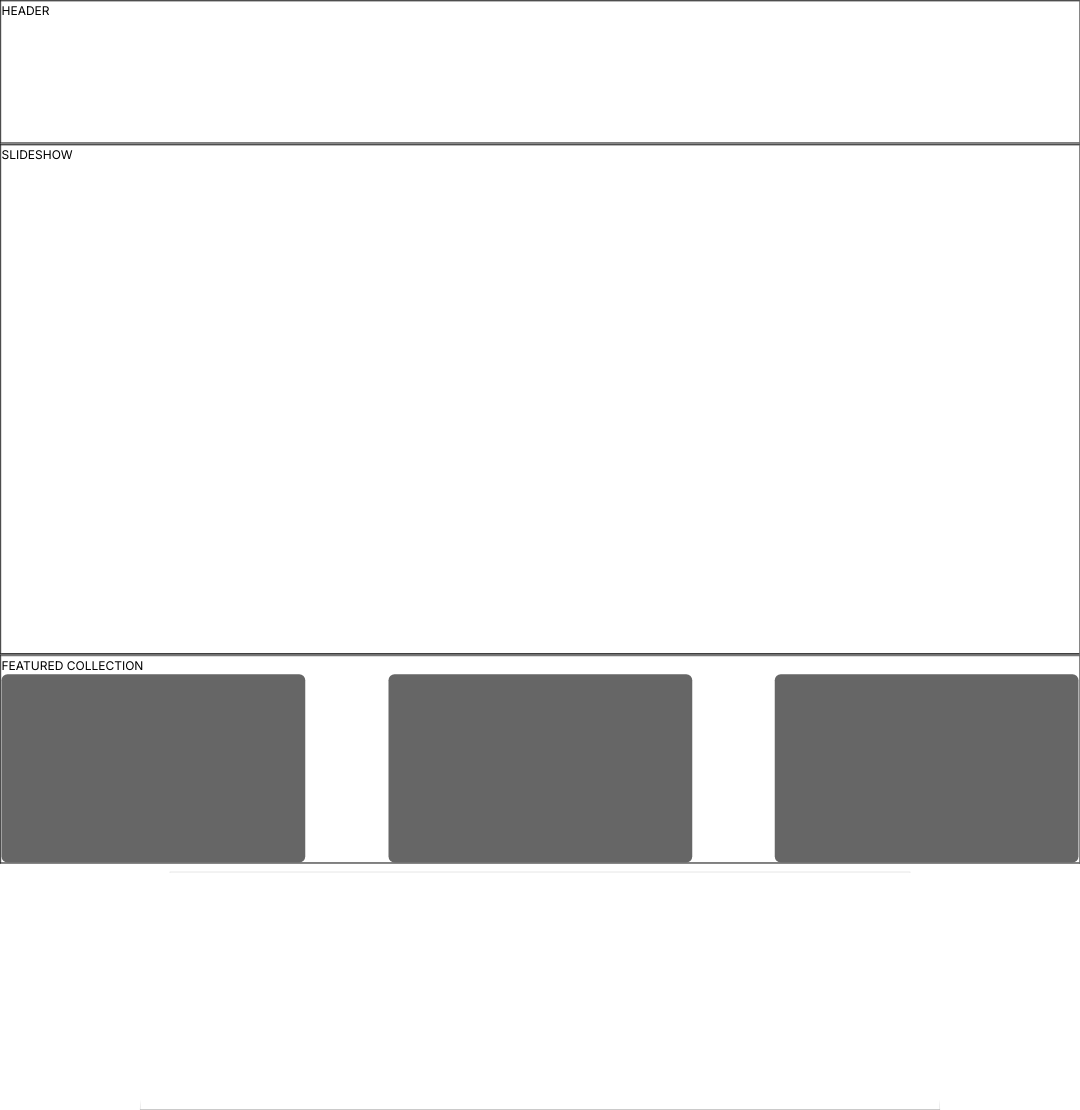
Repository: theophiloweb/landpage_disgital_store
Page: index.html
These files come from the project's save history. The page is drawn as it stood at one moment and after the next save; the edit follows.
The browser window is 1280 px wide. The page is 1440 px wide, so the pictures cover 1440 px, including what lies to the right of the window. The pictures show the whole page, at 75% of full size.

Above is the page before, as saved 2025-04-23 11:09:39.

### index.html
<!DOCTYPE html>
<html lang="en">

<head>
    <meta charset="UTF-8">
    <meta name="viewport" content="width=device-width, initial-scale=1.0">
    <title>Document</title>
    <script src="https://cdn.jsdelivr.net/npm/@tailwindcss/browser@4"></script>
    <link rel="stylesheet" href="style.css">
    <link rel="shortcut icon" href="./images/logo.svg" type="image/x-icon">
</head>

<body>

    <!-- Container principal  -->
    <div class="container">

        <header>
            <p>HEADER</p>
        </header>

        <main>

            <aside>

                <section class="slideshow">
                    <p>SLIDESHOW</p>
                </section>

                <section class="featured_collection">
                    <p>FEATURED COLLECTION</p>
                    <div class="img_featured_collection">
                        <div class="img_featured_collection_img1"></div>
                        <div class="img_featured_collection_img2"></div>
                        <div class="img_featured_collection_img3"></div>
                    </div>
                </section>

                <section class="featured_collection_2">

                    <div class="featured_collection_2_box1">
                        <div class="featured_collection_2_box2"></div>
                    </div>


                </section>

            </aside>

        </main>
    </div>
</body>

</html>

### style.css
@import url('https://fonts.googleapis.com/css2?family=Inter:ital,opsz,wght@0,14..32,100..900;1,14..32,100..900&family=Oswald:wght@200..700&family=Roboto:ital,wght@0,100..900;1,100..900&display=swap');

:root {
    --color-dark: #1F1F1F;
    --dark-gray-1: #474747;
    --dark-gray-2: #666666;
    --light-gray-1: #8F8F8F;
    --light-gray-2: #CCCCCC;
    --light-gray-3: #F5F5F5;
    --white: #FFFFFF;
    --primary: #C92071;
    --secundary: #B5B6F2;
    --tTertiary: #991956;
    --error: #EE4266;
    --success: #52CA76;
    --warning: #F6AA1C;
    --primary-g: linear-gradient(top, #C92071 0%, #EDABCA 100%);
    --secondary-g: linear-gradient(top, #B5B6F2 0%, #EFEFFF 100%);
    --offset: 40px;
}

* {
    margin: 0;
    padding: 0;
    box-sizing: border-box;
    font-family: "Inter", sans-serif;
}

body {
    width: 100%;
    height: auto;
    display: grid;
    place-items: center;
    grid-template-columns: auto;
    grid-template-rows: auto;
}

.container {
    display: grid;
    grid-template-rows: 1fr;
    place-items: center;
    max-width: 1440px;

}

/* Header */
header {
    border: 2px groove var(--color-dark);
    width: 1440px;
    height: 192px;
}

/* Section Central Slideshow */
.slideshow {
    border: 2px groove var(--color-dark);
    width: 1440px;
    height: 681px;
}

/* Section Central featured_collection - Image */
.featured_collection {
    border: 2px groove var(--color-dark);
    max-width: 1440px;
}

.img_featured_collection {
    display: flex;

    justify-content: space-between;
}

.img_featured_collection_img1 {
    width: 405px;
    height: 251px;
    border-radius: 8px;
    background-color: var(--dark-gray-2);
}

.img_featured_collection_img2 {
    width: 405px;
    height: 251px;
    border-radius: 8px;
    background-color: var(--dark-gray-2);
}

.img_featured_collection_img3 {
    width: 405px;
    height: 251px;
    border-radius: 8px;
    background-color: var(--dark-gray-2);
}

/* Section Central featured_collection 2 */
.featured_collection_2 {
    display: flex;
    justify-content: center;
    max-width: 1440px;
    margin-top: 10px;
}

/* 2) Container externo: só para tamanho e posicionamento */
.featured_collection_2_box1 {
    width: 1067.5px;
    height: 317.5px;
    position: relative;
    margin: 0 auto;
    /* centraliza horizontalmente, se precisar */
    box-sizing: border-box;
}

/* 3) Pseudo-elemento do .box1: desenha só a borda trapezoidal */
.featured_collection_2_box1::before {
    content: '';
    position: absolute;
    top: 0;
    left: 0;
    right: 0;
    bottom: 0;
    /* aplica o clip-path que recorta em trapézio */
    clip-path: polygon(var(--offset) 0,
            /* canto superior esquerdo “dentro” */
            calc(100% - var(--offset)) 0,
            /* canto superior direito “dentro” */
            100% 100%,
            /* canto inferior direito */
            0% 100%
            /* canto inferior esquerdo */
        );
    /* só desenha a borda, fundo transparente */
    background: transparent;
    border: 1px solid #a0a0a0;
    pointer-events: none;
    /* não interfere em cliques */
    box-sizing: border-box;
}

/* 4) Container interno: recortado no mesmo shape, mas com margem de 1px */
.featured_collection_2_box2 {
    position: absolute;
    top: 1px;
    left: 1px;
    right: 1px;
    bottom: 1px;
    background: #fff;
    /* fundo branco */
    box-sizing: border-box;
    /* mesmo clip-path para encaixar perfeitamente dentro da borda */
    clip-path: polygon(var(--offset) 0,
            calc(100% - var(--offset)) 0,
            100% 100%,
            0 100%);
}

/* 5) Conteúdo dentro do .box2 — só um exemplo de centralização */
.featured_collection_2_box2 {
    display: flex;
    flex-direction: column;
    align-items: center;
    padding: 20px;
    text-align: center;
}

.featured_collection_2_box2 h2 {
    margin: 0 0 20px;
    font-size: 1.5rem;
    color: #333;
}

After the next save:
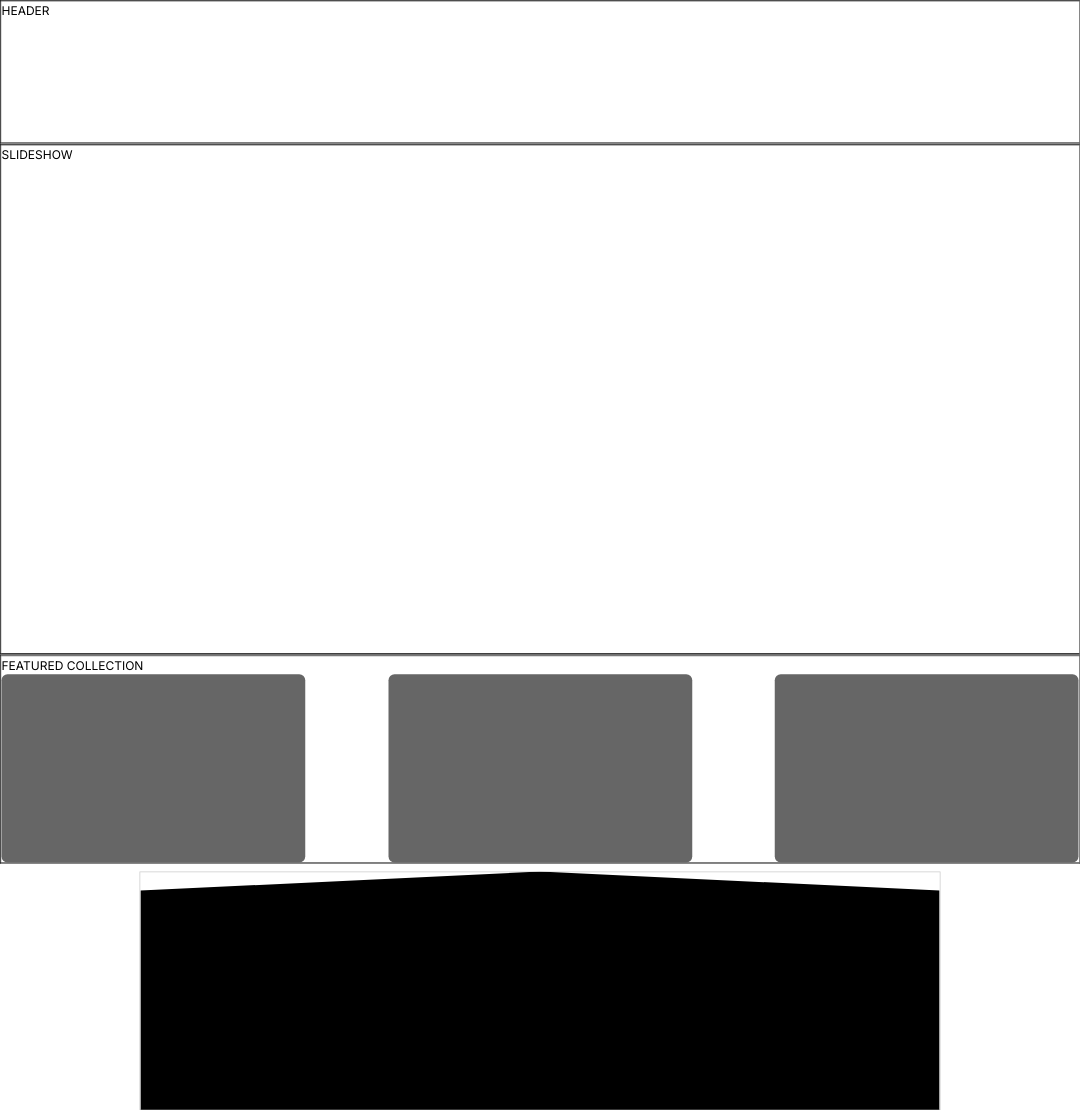
Saved 7 min 20 s later.
--- a/style.css
+++ b/style.css
@@ -98,70 +98,61 @@
     margin-top: 10px;
 }
 
-/* 2) Container externo: só para tamanho e posicionamento */
 .featured_collection_2_box1 {
     width: 1067.5px;
     height: 317.5px;
     position: relative;
-    margin: 0 auto;
-    /* centraliza horizontalmente, se precisar */
+    display: flex;
+    justify-content: center;
+    align-items: center;
+    box-sizing: border-box;
+    /* Adicione uma borda ou fundo para a box1 se quiser que ela apareça */
+    border: 1px solid #ccc;
+    /* Exemplo de borda clara para a box1 */
+}
+
+.featured_collection_2_box2 {
+    width: 1067.5px;
+    height: 317.5px;
+    border: none;
+    /* Remove a borda padrão */
+    border-radius: 0;
+    /* Remove border-radius */
+    position: relative;
+    /* Necessário para o pseudo-elemento */
+    overflow: hidden;
+    /* Garante o recorte */
+
+    /* Cor da borda do polígono (preto, conforme SVG) */
+    background-color: black;
+
+    /* Define a forma exata do polígono baseada no SVG */
+    /* polygon(ponto-sup-esq-lado, pico, ponto-sup-dir-lado, inf-dir, inf-esq) */
+    -webkit-clip-path: polygon(0% 8%, 50% 0%, 100% 8%, 100% 100%, 0% 100%);
+    clip-path: polygon(0% 8%, 50% 0%, 100% 8%, 100% 100%, 0% 100%);
+
     box-sizing: border-box;
 }
 
-/* 3) Pseudo-elemento do .box1: desenha só a borda trapezoidal */
-.featured_collection_2_box1::before {
+/* Pseudo-elemento para criar a área transparente dentro do polígono */
+.featured_collection_2_box2::before {
     content: '';
     position: absolute;
-    top: 0;
-    left: 0;
-    right: 0;
-    bottom: 0;
-    /* aplica o clip-path que recorta em trapézio */
-    clip-path: polygon(var(--offset) 0,
-            /* canto superior esquerdo “dentro” */
-            calc(100% - var(--offset)) 0,
-            /* canto superior direito “dentro” */
-            100% 100%,
-            /* canto inferior direito */
-            0% 100%
-            /* canto inferior esquerdo */
-        );
-    /* só desenha a borda, fundo transparente */
-    background: transparent;
-    border: 1px solid #a0a0a0;
-    pointer-events: none;
-    /* não interfere em cliques */
-    box-sizing: border-box;
+    /* Posição e tamanho para simular a borda (ex: 2px de espessura) */
+    top: 2px;
+    /* Ajuste a espessura da linha aqui */
+    left: 2px;
+    /* Ajuste a espessura da linha aqui */
+    width: calc(100% - 4px);
+    /* 100% - (2 * espessura) */
+    height: calc(100% - 4px);
+    /* 100% - (2 * espessura) */
+
+    /* Fundo transparente para mostrar apenas a borda preta do polígono */
+    background-color: transparent;
+    /* Use 'white' se quiser o interior branco */
+
+    /* Aplica o mesmo clip-path */
+    -webkit-clip-path: polygon(0% 8%, 50% 0%, 100% 8%, 100% 100%, 0% 100%);
+    clip-path: polygon(0% 8%, 50% 0%, 100% 8%, 100% 100%, 0% 100%);
 }
-
-/* 4) Container interno: recortado no mesmo shape, mas com margem de 1px */
-.featured_collection_2_box2 {
-    position: absolute;
-    top: 1px;
-    left: 1px;
-    right: 1px;
-    bottom: 1px;
-    background: #fff;
-    /* fundo branco */
-    box-sizing: border-box;
-    /* mesmo clip-path para encaixar perfeitamente dentro da borda */
-    clip-path: polygon(var(--offset) 0,
-            calc(100% - var(--offset)) 0,
-            100% 100%,
-            0 100%);
-}
-
-/* 5) Conteúdo dentro do .box2 — só um exemplo de centralização */
-.featured_collection_2_box2 {
-    display: flex;
-    flex-direction: column;
-    align-items: center;
-    padding: 20px;
-    text-align: center;
-}
-
-.featured_collection_2_box2 h2 {
-    margin: 0 0 20px;
-    font-size: 1.5rem;
-    color: #333;
-}

After the save that followed:
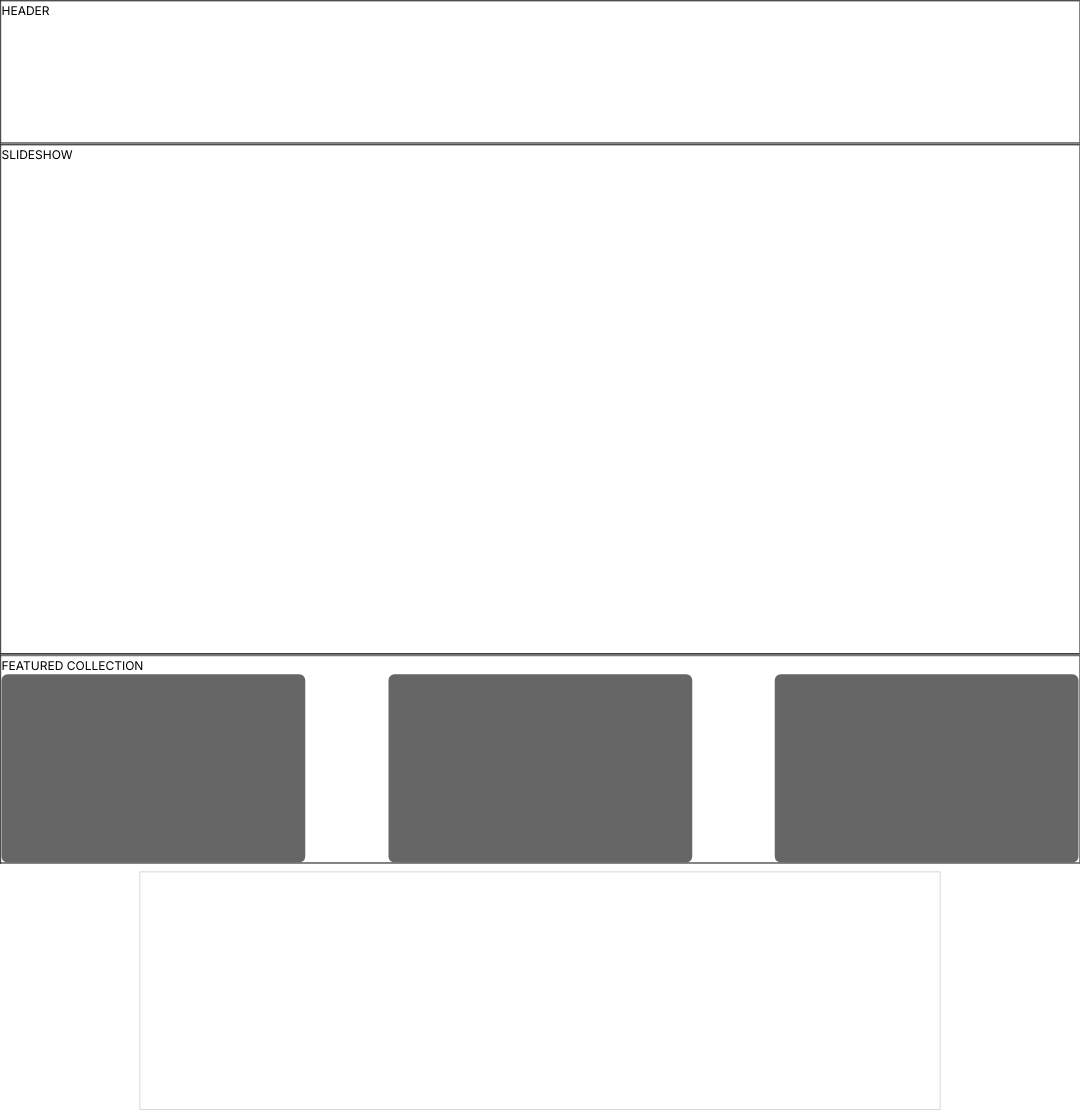
Saved 23 s later.
--- a/style.css
+++ b/style.css
@@ -124,7 +124,7 @@
     /* Garante o recorte */
 
     /* Cor da borda do polígono (preto, conforme SVG) */
-    background-color: black;
+
 
     /* Define a forma exata do polígono baseada no SVG */
     /* polygon(ponto-sup-esq-lado, pico, ponto-sup-dir-lado, inf-dir, inf-esq) */
